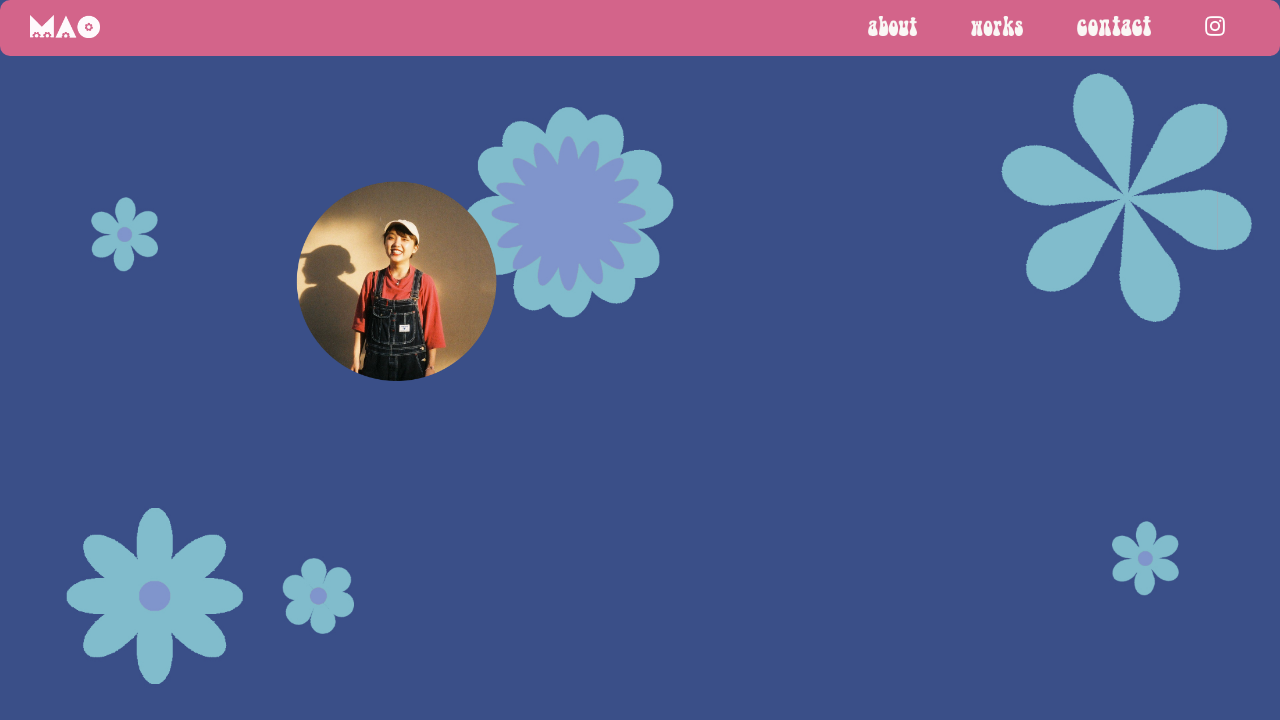
Repository: HarashimaMao/portfolio
Page: top.html
The author's editor kept a record of every edit. The page is drawn from the files as they stood at one moment, then again after the next edit.
The browser window is 1280 px wide. The pictures show the whole page.

Above is the page before.

### top.html
<!DOCTYPE html>
<html lang ="ja">
    <head>
        <meta charset="utf-8">
        <title>HarashimaMao</title>
        <style>
          body {
              margin: 0;
              background-image: url(images/my_home_page1.jpg);
              background-size: cover;
          }

          .header {
              width: 100%;
              display: flex;
              background-color: #D3648A;
              justify-content: space-between;
              border-radius: 10px;
          }

          .header-logo {
              margin-top: 15px;
              margin-left: 30px;
          }

          ul {
              list-style: none;
              margin-right: 5px;

          }

          li {
              display: inline-block;
              margin-right: 50px;
          }

          .main {
              position: absolute;
              left: 260px;
          }
        </style>
    </head>
    <body>
        <div class="header">
            <div class="header-logo">
                <a href="top.html"><img src="images/MAOlogo.png" width="70px"></a>
            </div>
            <div class="header-list">
                <ul>
                    <li><a href="about.html"><img src="images/about.png" alt="about" height="20px"></a></li>
                    <li><a href="works.html"><img src="images/works.png" alt="works" height="20px"></a></li>
                    <li><a href="contact.html"><img src="images/contact.png" alt="contact" height="20px"></a></li>
                    <li><a href="https://www.instagram.com/mao_yz/?hl=en"><img src="images/insta.png" alt="insta" height="20px"></a></li>
                </ul>
            </div>
        </div>

        <div class="main">
            <img src="images/portrait.png" width="300px"></img>
        </div>

        <script src="jquery-3.6.0.min.js"></script>
        <script>
        /*global $*/
            $(function(){
                $('.header').hover(
                    function(){
                        $(this).animate({
                            'font-size':'20px'
                        });
                    },
                    function(){
                        $(this).animate({
                            'font-size':'16px'
                        });
                    });
            });
        </script>
    </body>
</html>

Loaded but not shown: jquery-3.6.0.min.js (library)

After the next edit:
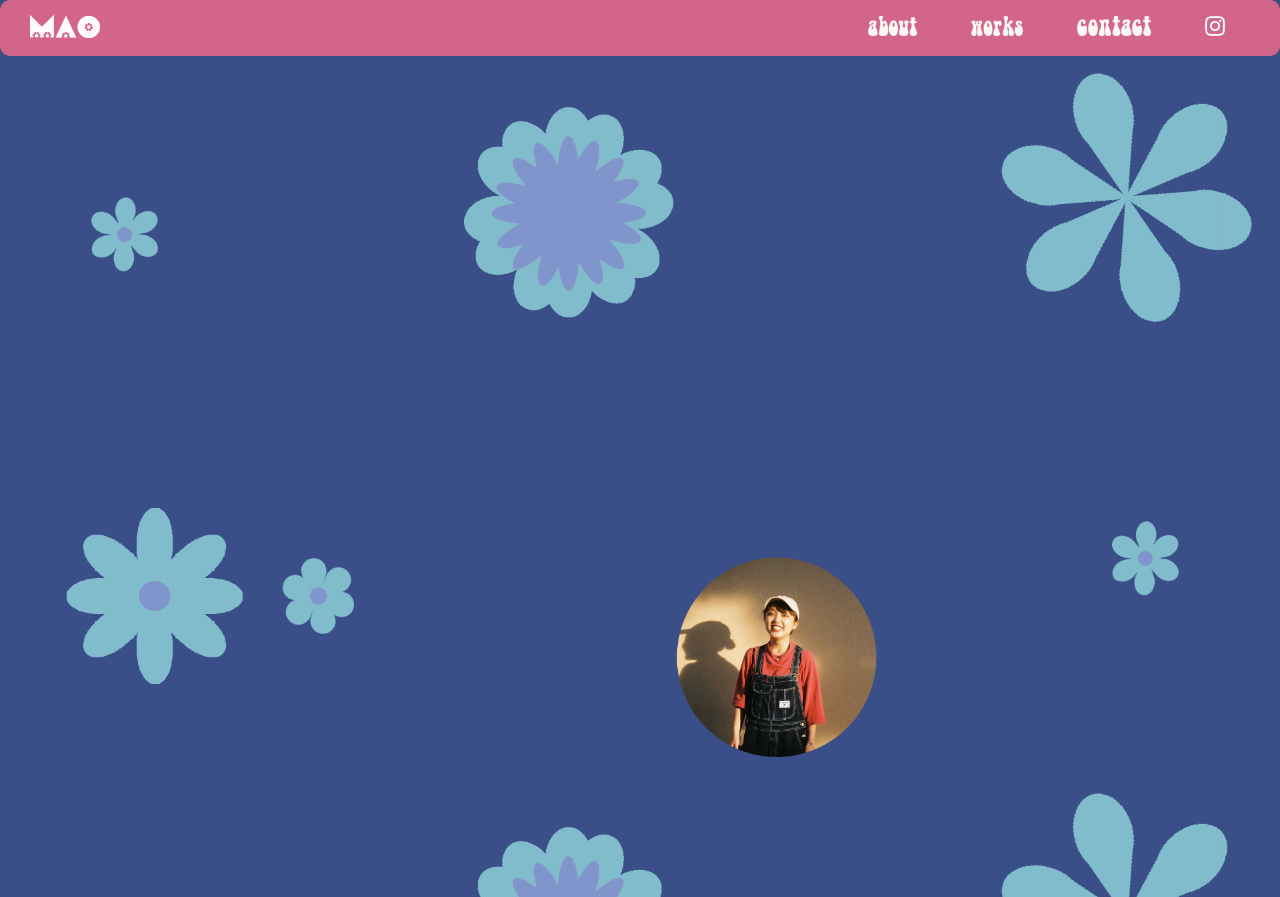
The edit:
--- a/top.html
+++ b/top.html
@@ -35,8 +35,12 @@
           }
 
           .main {
+              text-align: center;
+              font-size: 14px;
+              margin: 0;
               position: absolute;
-              left: 260px;
+              top: 60%;
+              left: 50%;
           }
         </style>
     </head>
